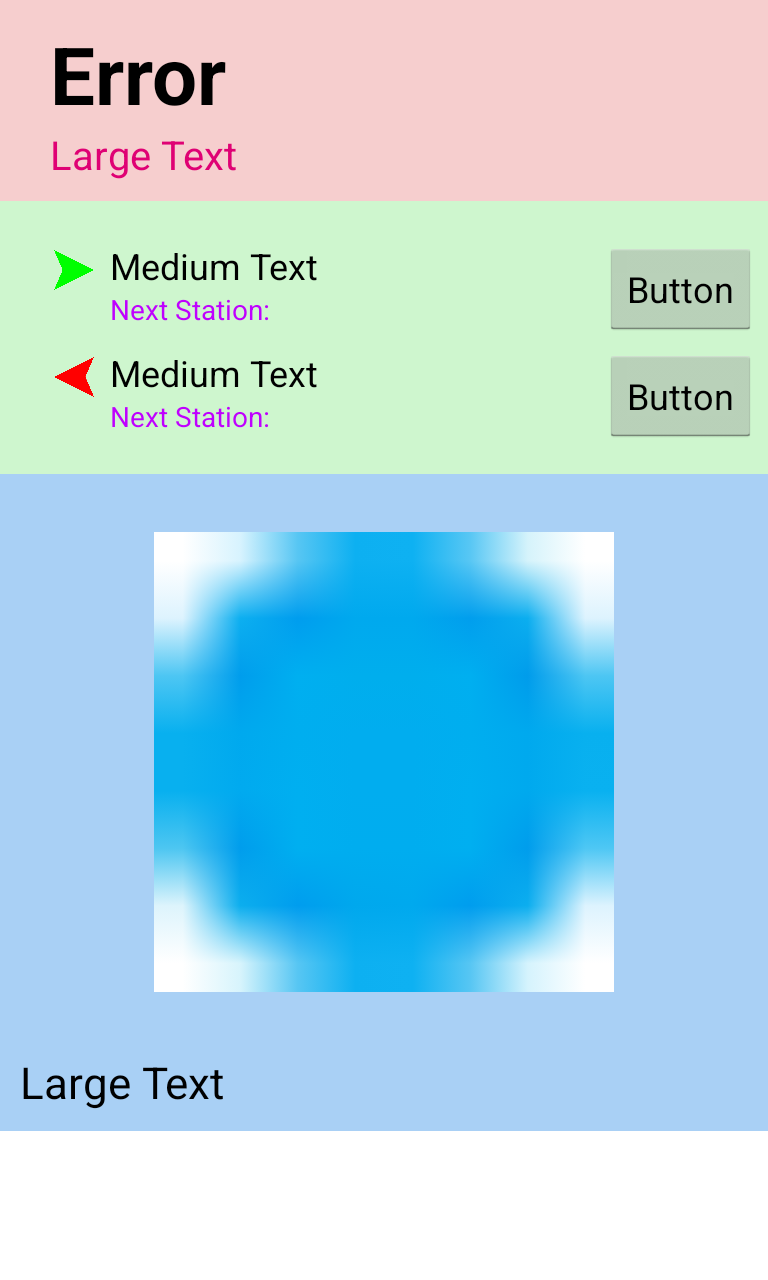
Repository: patheon17/myrepo2
Layout: workspace/UMBusTracking/res/layout/single_list_item_view.xml
The author's editor kept a copy of each file at every save. The layout is drawn from the files as they stood at one save, then again after the next save.
It is drawn on a 768 x 1280 px phone screen (xhdpi) without system bars, with theme AppTheme; the app's code is not run.

Above is the layout before, as saved 2013-10-03 19:38:03.

After the next save:
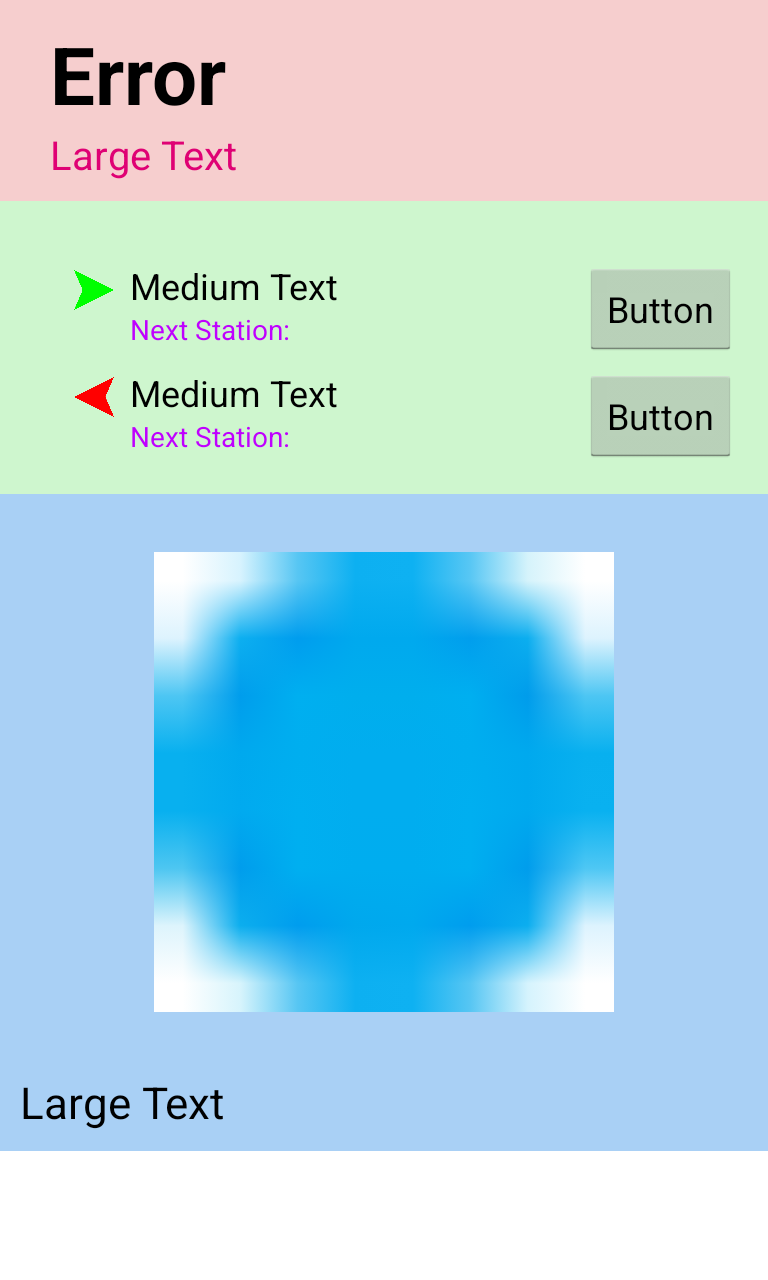
Saved 119 s later.
--- a/workspace/UMBusTracking/res/layout/single_list_item_view.xml
+++ b/workspace/UMBusTracking/res/layout/single_list_item_view.xml
@@ -46,7 +46,7 @@
         android:layout_height="wrap_content"
         android:layout_below="@+id/div2"
         android:background="#CEF6CE"
-        android:padding="5sp"
+        android:padding="15sp"
         android:paddingBottom="10sp"
         >
 
@@ -130,7 +130,6 @@
         android:layout_below="@+id/nextstation"
        android:layout_alignTop="@+id/routeto11"
         android:text="Button"
-        android:layout_marginBottom="10sp"
         />
 
 
